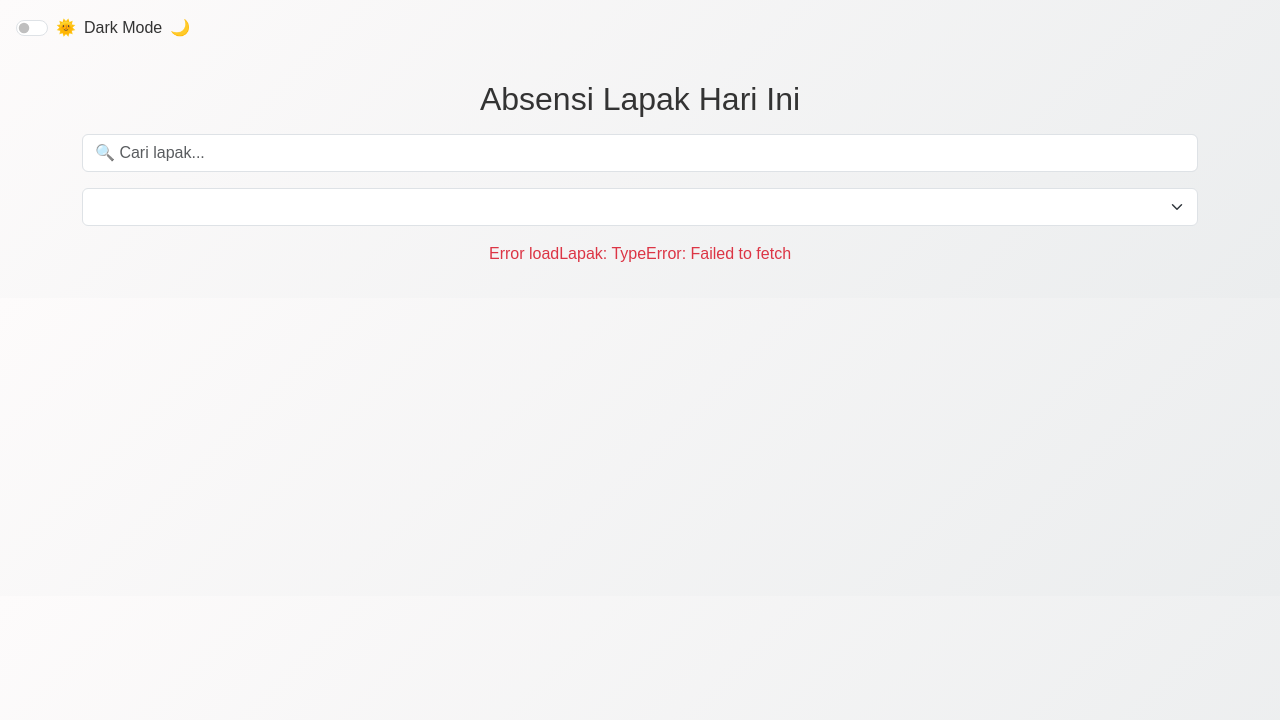
Repository: pasarrakyatbak/absensi
Page: index.html
These files come from the project's save history. The page is drawn as it stood at one moment and after the next save; the edit follows.
The browser window is 1280 px wide. The pictures show the whole page.
The page's requests for data from a server got no answer.

Above is the page before, as saved 2025-09-22 06:06:12.

After the next save:
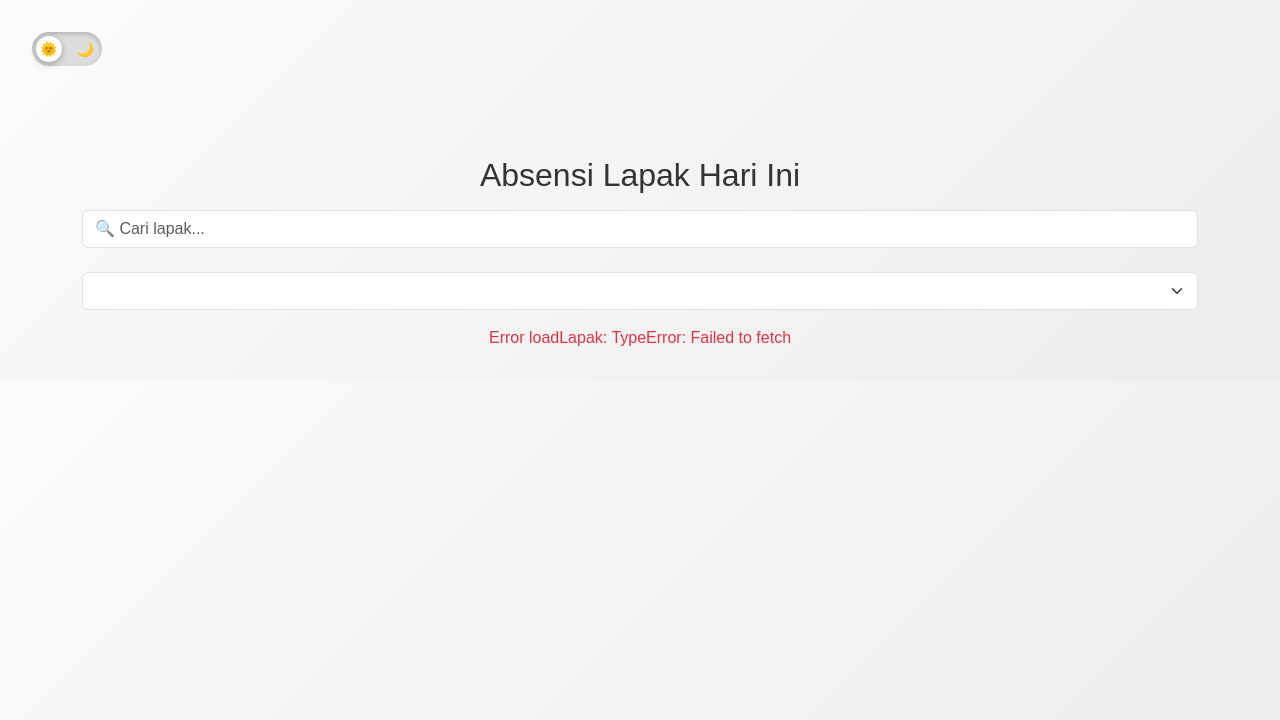
Saved 28 s later.
--- a/index.html
+++ b/index.html
@@ -10,56 +10,47 @@
 </head>
 
 <body class="p-3">
-
     <!-- Toggle Dark Mode -->
-    <div class="form-check form-switch mb-3">
-        <input class="form-check-input" type="checkbox" id="darkSwitch">
-        <label class="form-check-label" for="darkSwitch">
-            <span class="me-2">🌞</span>Dark Mode<span class="ms-2">🌙</span>
+    <div class="dark-toggle mb-3">
+        <input type="checkbox" id="darkSwitch">
+        <label for="darkSwitch" class="toggle-label">
+            <span class="toggle-icon">🌞</span>
+            <span class="toggle-ball"></span>
+            <span class="toggle-icon">🌙</span>
         </label>
     </div>
 
     <div class="container">
 
         <!-- Ringkasan -->
-        <div id="lapakSummary" class="row mb-4"></div>
+        <div id="lapakSummary" class="summary-cards mb-4"></div>
 
         <!-- Info Banner -->
-        <div id="absensiInfoBanner" class="alert text-center mb-3 d-none"></div>
-
+        <div id="absensiInfoBanner" class="alert text-center mb-3"></div>
         <!-- Judul & Search -->
         <h2 class="mb-3 text-center">Absensi Lapak Hari Ini</h2>
-        <div class="mb-3">
-            <input type="text" id="searchInput" class="form-control" placeholder="🔍 Cari lapak...">
-        </div>
-
-        <div class="mb-3">
-            <select id="lapakPageSelect" class="form-select">
-                <!-- Option akan diisi otomatis dari JS -->
-            </select>
-        </div>
-
+        <input type="text" id="searchInput" class="form-control mb-4" placeholder="🔍 Cari lapak...">
+        <select id="lapakPageSelect" class="form-select mb-3">
+            <!-- Option akan diisi otomatis dari JS -->
+        </select>
         <!-- Daftar Lapak -->
-        <div id="lapakContainer" class="row g-3"></div>
-
+        <div id="lapakContainer" class="row"></div>
     </div>
 
     <!-- Modal Absensi -->
-    <div id="absensiModal" class="modal-overlay d-none">
-        <div class="modal-content p-4 rounded shadow bg-light">
-            <h5 id="absensiInfo" class="mb-3"></h5>
+    <div id="absensiModal" class="modal-overlay">
+        <div class="modal-content">
+            <h5 id="absensiInfo"></h5>
             <div id="modalStatusLabel" class="mb-3"></div> <!-- badge tampil di sini -->
-            <div class="d-flex gap-2">
-                <button type="button" id="modalAbsenBtn" class="btn btn-primary flex-grow-1">Absen</button>
-                <button type="button" class="btn btn-secondary flex-grow-1" onclick="closeAbsensiModal()">Tutup</button>
-            </div>
+            <button id="modalAbsenBtn">Absen</button>
+            <button class="btn btn-secondary" onclick="closeAbsensiModal()">Tutup</button>
         </div>
     </div>
 
+
     <!-- Loader -->
-    <div id="absensiLoading"
-        class="d-none position-fixed top-0 start-0 w-100 h-100 d-flex justify-content-center align-items-center bg-dark bg-opacity-75">
-        <div class="text-center">
+    <div id="absensiLoading" class="d-none">
+        <div class="loader-content text-center">
             <div class="spinner-border text-light" role="status" style="width:3rem;height:3rem;"></div>
             <p id="absensiLoadingText" class="text-white mt-2">Sedang memproses...</p>
         </div>
